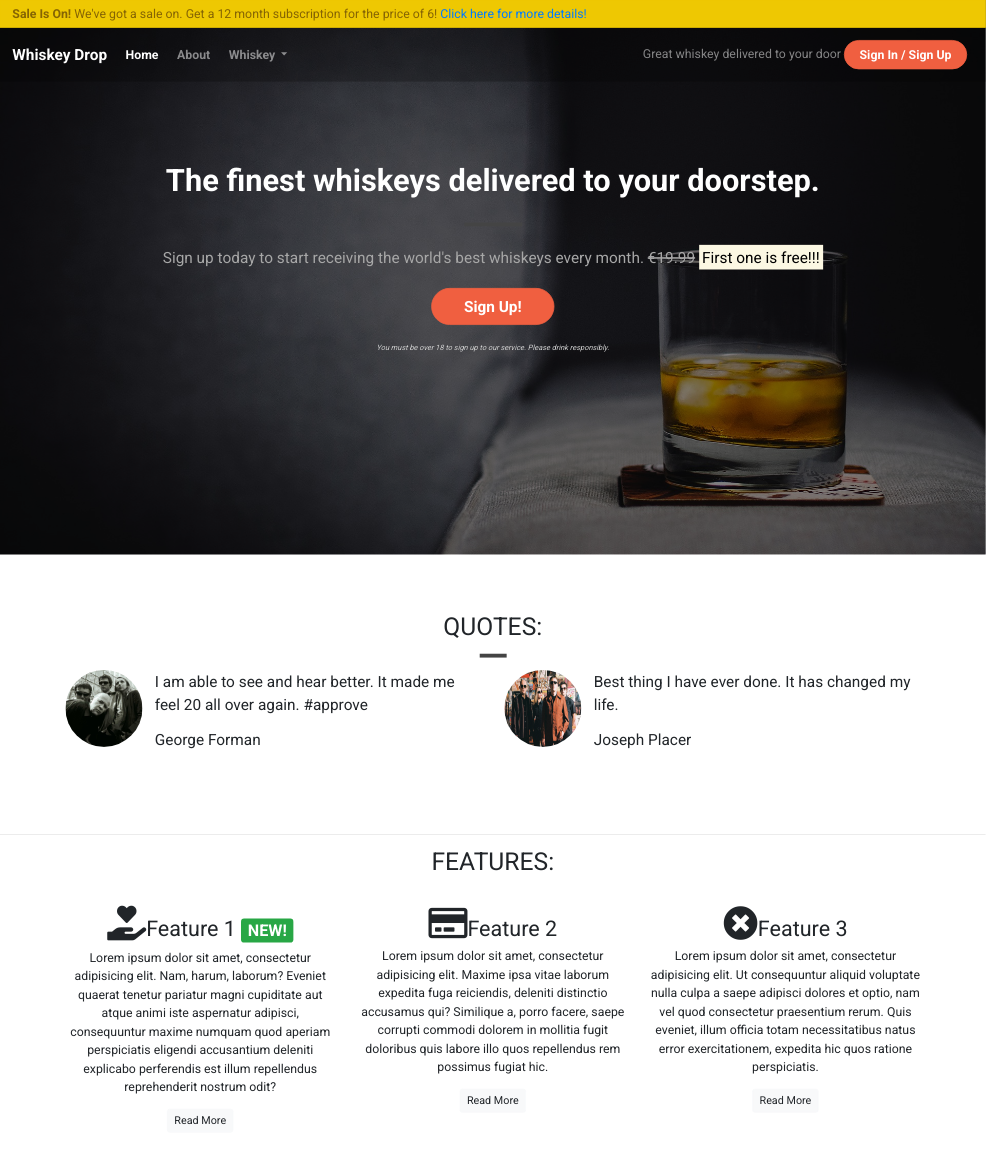
Repository: NamcorStudent/Dropdown-css
Page: bootstrap-whiskey/bootstrap.html
The author's editor kept a record of every edit. The page is drawn from the files as they stood at one moment, then again after the next edit.
The browser window is 1280 px wide. The page is 1295 px wide, so the pictures cover 1295 px, including what lies to the right of the window. The pictures show the whole page, at 77% of full size.
Backgrounds fixed to the window are drawn as part of the page. Some web libraries are served in a nearby version.

Above is the page before.
Console error: TypeError: Cannot read properties of undefined (reading 'fn')

### bootstrap-whiskey/bootstrap.html
<!DOCTYPE html>
<html lang="en">

<head>
    <meta charset="UTF-8">
    <meta name="viewport" content="width=device-width, initial-scale=1.0">
    <meta http-equiv="X-UA-Compatible" content="ie=edge">
    <link rel="stylesheet" href="https://stackpath.bootstrapcdn.com/bootstrap/4.1.3/css/bootstrap.min.css" integrity="sha384-MCw98/SFnGE8fJT3GXwEOngsV7Zt27NXFoaoApmYm81iuXoPkFOJwJ8ERdknLPMO" crossorigin="anonymous">
    <script src="https://stackpath.bootstrapcdn.com/bootstrap/4.1.3/js/bootstrap.min.js" integrity="sha384-ChfqqxuZUCnJSK3+MXmPNIyE6ZbWh2IMqE241rYiqJxyMiZ6OW/JmZQ5stwEULTy" crossorigin="anonymous"></script>
    <link href="https://fonts.googleapis.com/css?family=Roboto:400,700&display=swap" rel="stylesheet">
    <link rel="stylesheet" href="bootstrap.css" type="text/css" />
    <link rel="stylesheet" href="https://use.fontawesome.com/releases/v5.6.1/css/all.css" integrity="sha384-gfdkjb5BdAXd+lj+gudLWI+BXq4IuLW5IT+brZEZsLFm++aCMlF1V92rMkPaX4PP" crossorigin="anonymous">
    <title>Whiskey Drop | Taste a new whiskey every month</title>
</head>

<body>
    <div class="container-fluid navalert-container">
        <div class="container-fluid alert-container">
            <div class="row d-none d-sm-block">
                <div class="col-12">
                    <div class="alert alert-warning site-wide-alert"><strong>Sale Is On!</strong> We've got a sale on. Get a 12 month subscription for the price of 6!
                        <a href="">Click here for more details!</a>
                    </div>
                </div>
            </div>
        </div>
        <nav class="navbar navbar-dark navbar-expand-sm">
            <a href="/logo" class="navbar-brand">Whiskey Drop</a>
            <button class="navbar-toggler" type="button" data-toggle="collapse" data-target="#navbarTogglerDropdown" aria-controls="navbarTogglerDemo02" aria-expanded="false" aria-label="Toggle navigation">
            <span class="navbar-toggler-icon"></span>
            </button>

            <div class="collapse navbar-collapse" id="navbarTogglerDropdown">
                <ul class="navbar-nav mr-auto">
                    <li class="active nav-item mr-2"><a href="/home" class="nav-link">Home</a></li>
                    <li class="nav-item mr-2"><a href="/about" class="nav-link">About</a></li>
                    <li class="nav-item mr-2 dropdown">
                        <a class="nav-link dropdown-toggle" href="#" id="navbarDropdown" role="button" data-toggle="dropdown" aria-haspopup="true" aria-expanded="false">
                       Whiskey
                    </a>
                        <div class="dropdown-menu" aria-labelledby="navbarDropdown">
                            <a class="dropdown-item" href="#">Irish</a>
                            <a class="dropdown-item" href="#">Rakija</a>
                            <a class="dropdown-item" href="#">Palinka</a>
                            <a class="dropdown-item" href="#">Moonshine</a>
                        </div>
                        <li class="nav-item mr-2 d-block d-md-none"><a href="/SignIn" class="nav-link">Sign In / Sign Up</a></li>
                </ul>
            </div>
            <div class="d-none d-md-block">
                <p class="navbar-text my-auto mr-2">Great whiskey delivered to your door <a href="/login" class=" btn btn-cta btn--red">Sign In / Sign Up</a></p>
            </div>
        </nav>
    </div>


    <!-----CALLOUT----->
    <div class="containter-fluid callout-container">
        <section class="callout jumbotron text-center">
            <div class="row">
                <div class="opaque-overlay">&nbsp</div>
                <div class="col-12">
                    <h1 class="jumbotron-header">The finest whiskeys delivered to your doorstep.</h1>
                    <hr class="block-divider block-devider--orange">
                    <p class="lead">Sign up today to start receiving the world's best whiskeys every month.
                        <s class="d-none d-sm-inline">€19.99</s>
                        <span class="d-inline d-sm-none"><br></span>
                        <strong><mark>First one is free!!!</mark></strong></p>
                    <p><button class="btn btn-lg btn-cta btn--red" data-toggle="modal" data-target="#signUpModal">Sign Up!</button></p>
                    <p class="text-muted"><small>You must be over 18 to sign up to our service. Please drink responsibly.</small></p>
                </div>
            </div>
        </section>
    </div>
    <!-----QUOTES----->
    <div class="container-wrapper">
    <div class="container quotes-container content-container">
        <section class="quotes">
            <div class="row">
                <div class="col-12 page-header">
                    <h2 class="text-uppercase">Quotes:</h2>
                    <hr class="block-divider block-divider--short">
                </div>
            </div>
            <div class="row">
                <div class="col-12 col-md-6">
                    <div class="media">
                        <div class="d-none d-sm-block ">
                            <img src="../images/quote-one.jpg" class="rounded-circle mr-3" height=100 width=100/>
                        </div>
                        <div class="media-body">
                            <blockquote class="blockquote">
                                <p>I am able to see and hear better. It made me feel 20 all over again. #approve</p>
                                <p>George Forman</p>
                            </blockquote>
                        </div>
                    </div>
                </div>
                <div class="col-12 col-md-6">
                    <div class="media">
                        <div class="d-none d-sm-block">
                            <img src="../images/quote-two.jpg" class="rounded-circle mr-3" height=100 width=100/>
                        </div>
                        <div class="media-body">
                            <blockquote class="blockquote">
                                <p>Best thing I have ever done. It has changed my life.</p>
                                <p>Joseph Placer</p>
                            </blockquote>
                        </div>
                    </div>
                </div>
            </div>
        </section>
    </div>
    <hr>

    <!-----FEATURES----->
    <div class="container features-container content-conteiner">
        <section class="features">
            <div class="row">
                <div class="col-12 page-header">
                    <h2 class="text-uppercase">Features:</h2>
                    <hr class="block-divider block-divider--short block-divider--white">
                </div>
            </div>
            <div class="row">
                <div class="col-12 col-md-6 col-lg-4">
                    <div class="feature">
                        <h3><i class="fas fa-hand-holding-heart d-none d-sm-inline"></i>Feature 1 <span class="badge badge-success">NEW!</span></h3>
                        <p>Lorem ipsum dolor sit amet, consectetur adipisicing elit. Nam, harum, laborum? Eveniet quaerat tenetur pariatur magni cupiditate aut atque animi iste aspernatur adipisci, consequuntur maxime numquam quod aperiam perspiciatis eligendi
                            accusantium deleniti explicabo perferendis est illum repellendus reprehenderit nostrum odit?</p>
                        <p><a href="#" class="btn btn-sm btn-light">Read More</a></p>
                    </div>
                </div>
                <div class="col-12 col-md-6 col-lg-4">
                    <div class="feature">
                        <h3><i class="far fa-credit-card d-none d-sm-inline"></i>Feature 2</h3>
                        <p>Lorem ipsum dolor sit amet, consectetur adipisicing elit. Maxime ipsa vitae laborum expedita fuga reiciendis, deleniti distinctio accusamus qui? Similique a, porro facere, saepe corrupti commodi dolorem in mollitia fugit doloribus
                            quis labore illo quos repellendus rem possimus fugiat hic.</p>
                        <p><a href="#" class="btn btn-sm btn-light">Read More</a></p>
                    </div>
                </div>
                <div class="col-12 d-md-none d-lg-block col-lg-4">
                    <div class="feature">
                        <h3><i class="fas fa-times-circle d-none d-sm-inline"></i>Feature 3</h3>
                        <p>Lorem ipsum dolor sit amet, consectetur adipisicing elit. Ut consequuntur aliquid voluptate nulla culpa a saepe adipisci dolores et optio, nam vel quod consectetur praesentium rerum. Quis eveniet, illum officia totam necessitatibus
                            natus error exercitationem, expedita hic quos ratione perspiciatis.</p>
                        <p><a href="#" class="btn btn-sm btn-light">Read More</a></p>
                    </div>
                </div>
            </div>
        </section>
    </div>

    <div class="modal" tabindex="-1" role="dialog" id="signUpModal">
        <div class="modal-dialog" role="document">
            <div class="modal-content">
                <div class="modal-header">
                    <h5 class="modal-title">Sign Up for Whiskey Drrop today</h5>
                    <button type="button" class="close" data-dismiss="modal" aria-label="Close">
          <span aria-hidden="true">&times;</span>
        </button>
                </div>
                <div class="modal-body">
                    <form>
                        <div class="form-group">
                            <label for="exampleInputEmail1">Email address</label>
                            <input type="email" class="form-control" id="exampleInputEmail1" aria-describedby="emailHelp" placeholder="Enter email">
                            <small id="emailHelp" class="form-text text-muted">We'll never share your email with anyone else.</small>
                        </div>
                        <div class="form-group">
                            <label for="password">Password</label>
                            <input type="password" class="form-control" id="password" placeholder="Password">
                        </div>
                        <div class="form-group">
                            <label for="repeatPassword">Repeat Password</label>
                            <input type="password" class="form-control" id="repeatPassword" placeholder="Repeat Password">
                        </div>
                        <button type="submit" class="btn btn-success">Submit</button>
                    </form>
                </div>

            </div>
        </div>
    </div>

    <script src="https://code.jquery.com/jquery-3.3.1.slim.min.js" integrity="sha384-q8i/X+965DzO0rT7abK41JStQIAqVgRVzpbzo5smXKp4YfRvH+8abtTE1Pi6jizo" crossorigin="anonymous"></script>
    <script src="https://cdnjs.cloudflare.com/ajax/libs/popper.js/1.14.7/umd/popper.min.js" integrity="sha384-UO2eT0CpHqdSJQ6hJty5KVphtPhzWj9WO1clHTMGa3JDZwrnQq4sF86dIHNDz0W1" crossorigin="anonymous"></script>
    <script src="https://stackpath.bootstrapcdn.com/bootstrap/4.3.1/js/bootstrap.min.js" integrity="sha384-JjSmVgyd0p3pXB1rRibZUAYoIIy6OrQ6VrjIEaFf/nJGzIxFDsf4x0xIM+B07jRM" crossorigin="anonymous"></script>
</body>

</html>

### bootstrap-whiskey/bootstrap.css
body {
    font-family: 'Roboto', sans-serif;
}

/*Navigation*/

.navalert-container{
    position: absolute;
    top: 0;
    left: 0;
    padding-left: 0;
    padding-right: 0;
    z-index: 1;
}

.navbar{
    margin-bottom: 0;
    border: 0;
    width: 100%;
    background-color: rgba(0,0,0,0.25);
}

.navbar .navbar-toggler{
    border: 0;
}

.navbar-dark .navbar-brand {
     font-weight: bold;
}

.navbar .navbar-nav a{
    font-weight: bold;
}

.alert-container {
    padding-left: 0;
    padding-right: 0;
}

.site-wide-alert{
    border-radius: 0;
    margin-bottom: 0;
    padding: 5px 15px;
    background-color: #eec802;
    border-color: #eec802;
}

.callout-container {
    height: 100vh;
    position: relative;

    background: url(../images/whiskey-background.jpg) no-repeat bottom right fixed;
    -webkit-background-size: cover;
    -moz-background-size: cover;
    -o-background-size: cover;
    background-size: cover;

    display: flex;
    align-items: center;
    justify-content: center;
}

.opaque-overlay{
    top: 0;
    left: 0;
    height: 100%;
    width: 100%;
    position: absolute;
    background-color: rgba(0,0,0,0.5);
}

.quotes-container {}

.features-container {}

/*Jumbotron*/
.jumbotron{
    background-color: transparent;
}

.jumbotron .lead{
    margin: 25px 0;
    color: #a7a7a7;

}

.jumbotron small{
    font-size: 60%;
    font-style: italic;
    color: #d0d0d0;
}

/*Block Dviders*/

.block-divider{
    height: 5px;
    width: 75px;
    border: 0;
    background-color: #444;
}

.block-divider--orange{
    background-color: #f05f40;
}

.block-divider--short{
    width: 35px;
}

.block-divider--white{
    background-color: white;
}

/*Headers*/
.jumbotron-header{
    color: white;
    font-weight: bold;
    margin-bottom: 30px;
}

.page-header{
    margin-bottom: 0;
    border-bottom: 0;
    text-align: center;
}

.page-header h2{
    margin-top: 0;
}

/*Buttons*/

.btn-cta{
    width: 160px;
    border-radius: 26px;
    font-weight: bold;
}

.btn--red{
    background-color: #f05f40;
    border-color: #f05f40;
    color: white;
}

.btn--red:hover,
.btn--red:active,
.btn--red:focus,
.btn--red:active:focus {
    background-color: #df4929;
    border-color: #df4929;
}

/*Content containers*/
.content-container{
    padding-top: 75px;
    padding-bottom: 75px;
}

.container-wrapper{}

.container-wrapper--red{
    background-color: #f05f40;
    color: white;
}

.feature{
    text-align: center;
    margin-bottom: 40px;
}

.feature i{
    margin-bottom: 20px;
    font-size: 45px;
    line-height: 45px;
}

After the next edit:
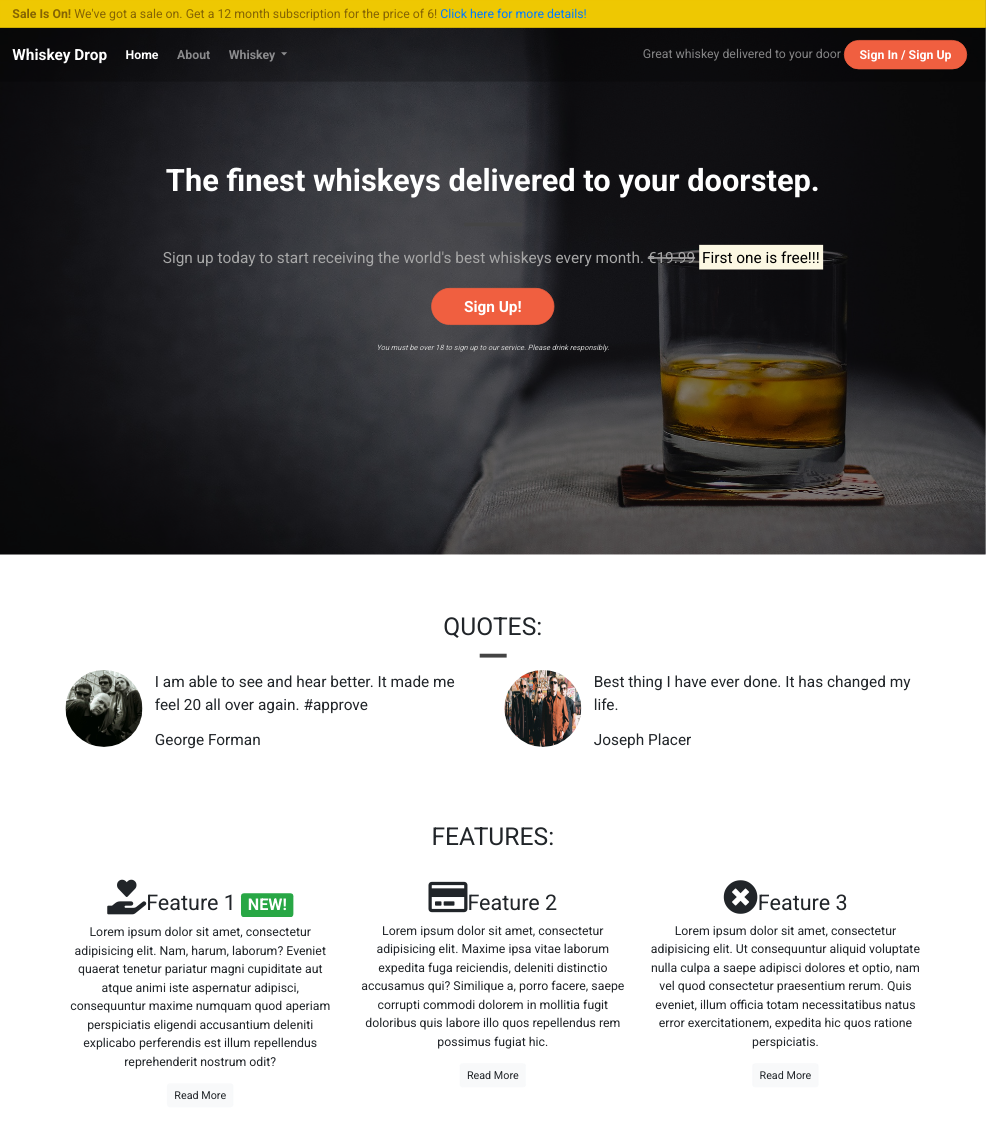
The edit:
--- a/bootstrap-whiskey/bootstrap.html
+++ b/bootstrap-whiskey/bootstrap.html
@@ -112,7 +112,7 @@
             </div>
         </section>
     </div>
-    <hr>
+    </div>
 
     <!-----FEATURES----->
     <div class="container features-container content-conteiner">
